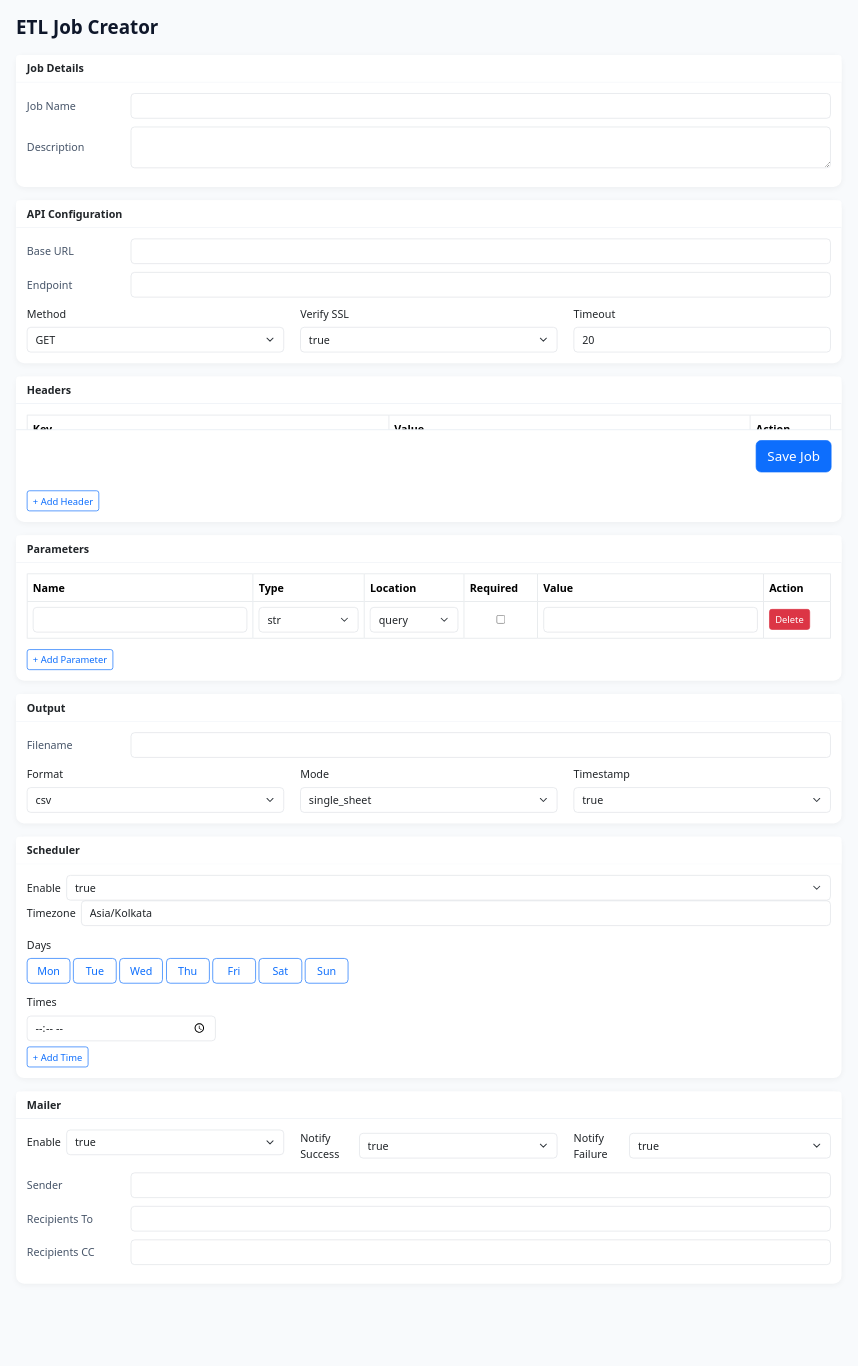
Repository: C0sCube/fetchapi
Page: example.html
These files come from the project's save history. The page is drawn as it stood at one moment and after the next save; the edit follows.
The browser window is 1280 px wide. The pictures show the whole page, at 67% of full size.

Above is the page before, as saved 2026-06-09 23:40:19.

### example.html
<!DOCTYPE html>
<html lang="en">

<head>
    <meta charset="UTF-8">
    <meta name="viewport" content="width=device-width, initial-scale=1.0">

    <title>ETL Job Creator</title>

    <link href="https://cdn.jsdelivr.net/npm/bootstrap@5.3.3/dist/css/bootstrap.min.css" rel="stylesheet">

    <style>
        body {
            background: #f8fafc;
            color: #334155;
        }

        .page-title {
            font-weight: 700;
            color: #0f172a;
        }

        .section-card {
            border: none;
            border-radius: 12px;
            margin-bottom: 20px;
            box-shadow: 0 2px 10px rgba(0, 0, 0, .05);
        }

        .card-header {
            background: white;
            font-weight: 600;
            border-bottom: 1px solid #e2e8f0;
        }

        .form-label-fixed {
            width: 140px;
            font-weight: 500;
            color: #475569;
        }

        .form-row {
            display: flex;
            align-items: center;
            gap: 15px;
            margin-bottom: 12px;
        }

        .form-row .form-control,
        .form-row .form-select {
            flex: 1;
        }

        .day-btn {
            min-width: 65px;
        }

        .table td {
            vertical-align: middle;
        }

        .save-bar {
            position: sticky;
            bottom: 0;
            background: white;
            padding: 15px;
            border-top: 1px solid #e2e8f0;
        }
    </style>
</head>

<body>

    <div class="container-fluid px-4 py-4">

        <h3 class="page-title mb-4">
            ETL Job Creator
        </h3>

        <!-- JOB DETAILS -->
        <div class="card section-card">

            <div class="card-header">
                Job Details
            </div>

            <div class="card-body">

                <div class="form-row">
                    <label class="form-label-fixed">
                        Job Name
                    </label>

                    <input class="form-control">
                </div>

                <div class="form-row">
                    <label class="form-label-fixed">
                        Description
                    </label>

                    <textarea class="form-control" rows="2"></textarea>
                </div>

            </div>
        </div>

        <!-- API CONFIG -->
        <div class="card section-card">

            <div class="card-header">
                API Configuration
            </div>

            <div class="card-body">

                <div class="form-row">
                    <label class="form-label-fixed">
                        Base URL
                    </label>

                    <input class="form-control">
                </div>

                <div class="form-row">
                    <label class="form-label-fixed">
                        Endpoint
                    </label>

                    <input class="form-control">
                </div>

                <div class="row">

                    <div class="col-md-4">

                        <label class="form-label">
                            Method
                        </label>

                        <select class="form-select">
                            <option>GET</option>
                            <option>POST</option>
                            <option>PUT</option>
                            <option>PATCH</option>
                            <option>DELETE</option>
                        </select>

                    </div>

                    <div class="col-md-4">

                        <label class="form-label">
                            Verify SSL
                        </label>

                        <select class="form-select">
                            <option>true</option>
                            <option>false</option>
                        </select>

                    </div>

                    <div class="col-md-4">

                        <label class="form-label">
                            Timeout
                        </label>

                        <input class="form-control" value="20">

                    </div>

                </div>

            </div>
        </div>

        <!-- HEADERS -->
        <div class="card section-card">

            <div class="card-header">
                Headers
            </div>

            <div class="card-body">

                <table class="table table-bordered">

                    <thead>
                        <tr>
                            <th>Key</th>
                            <th>Value</th>
                            <th width="120">Action</th>
                        </tr>
                    </thead>

                    <tbody>

                        <tr>
                            <td>
                                <input class="form-control">
                            </td>

                            <td>
                                <input class="form-control">
                            </td>

                            <td>
                                <button class="btn btn-danger btn-sm">
                                    Delete
                                </button>
                            </td>
                        </tr>

                    </tbody>

                </table>

                <button class="btn btn-outline-primary btn-sm">
                    + Add Header
                </button>

            </div>

        </div>

        <!-- PARAMETERS -->
        <div class="card section-card">

            <div class="card-header">
                Parameters
            </div>

            <div class="card-body">

                <table class="table table-bordered">

                    <thead>
                        <tr>
                            <th>Name</th>
                            <th>Type</th>
                            <th>Location</th>
                            <th>Required</th>
                            <th>Value</th>
                            <th width="100">Action</th>
                        </tr>
                    </thead>

                    <tbody>

                        <tr>

                            <td>
                                <input class="form-control">
                            </td>

                            <td>
                                <select class="form-select">
                                    <option>str</option>
                                    <option>int</option>
                                    <option>float</option>
                                    <option>bool</option>
                                    <option>date</option>
                                    <option>datetime</option>
                                    <option>list</option>
                                </select>
                            </td>

                            <td>
                                <select class="form-select">
                                    <option>query</option>
                                    <option>body</option>
                                    <option>header</option>
                                    <option>path</option>
                                </select>
                            </td>

                            <td class="text-center">
                                <input type="checkbox">
                            </td>

                            <td>
                                <input class="form-control">
                            </td>

                            <td>
                                <button class="btn btn-danger btn-sm">
                                    Delete
                                </button>
                            </td>

                        </tr>

                    </tbody>

                </table>

                <button class="btn btn-outline-primary btn-sm">
                    + Add Parameter
                </button>

            </div>

        </div>

        <!-- OUTPUT -->
        <div class="card section-card">

            <div class="card-header">
                Output
            </div>

            <div class="card-body">

                <div class="form-row">
                    <label class="form-label-fixed">
                        Filename
                    </label>

                    <input class="form-control">
                </div>

                <div class="row">

                    <div class="col-md-4">

                        <label class="form-label">
                            Format
                        </label>

                        <select class="form-select">
                            <option>csv</option>
                            <option>excel</option>
                        </select>

                    </div>

                    <div class="col-md-4">

                        <label class="form-label">
                            Mode
                        </label>

                        <select class="form-select">
                            <option>single_sheet</option>
                            <option>multiple_sheet</option>
                        </select>

                    </div>

                    <div class="col-md-4">

                        <label class="form-label">
                            Timestamp
                        </label>

                        <select class="form-select">
                            <option>true</option>
                            <option>false</option>
                        </select>

                    </div>

                </div>

            </div>

        </div>

        <!-- SCHEDULER -->
        <div class="card section-card">

            <div class="card-header">
                Scheduler
            </div>

            <div class="card-body">

                <div class="row mb-3">
                    <div class="d-flex align-items-center gap-2">
                        <label class="mb-0 fw-medium">
                            Enable
                        </label>

                        <select class="form-select">
                            <option>true</option>
                            <option>false</option>
                        </select>
                    </div>
                    <div class="d-flex align-items-center gap-2">
                        <label class="mb-0 fw-medium">
                            Timezone
                        </label>

                        <input class="form-control" value="Asia/Kolkata">
                    </div>



                </div>

                <label class="form-label">
                    Days
                </label>

                <div class="mb-3">

                    <button class="btn btn-outline-primary day-btn">Mon</button>
                    <button class="btn btn-outline-primary day-btn">Tue</button>
                    <button class="btn btn-outline-primary day-btn">Wed</button>
                    <button class="btn btn-outline-primary day-btn">Thu</button>
                    <button class="btn btn-outline-primary day-btn">Fri</button>
                    <button class="btn btn-outline-primary day-btn">Sat</button>
                    <button class="btn btn-outline-primary day-btn">Sun</button>

                </div>

                <label class="form-label">
                    Times
                </label>

                <div class="row">

                    <div class="col-md-3">
                        <input type="time" class="form-control">
                    </div>

                </div>

                <button class="btn btn-outline-primary btn-sm mt-2">
                    + Add Time
                </button>

            </div>

        </div>

        <!-- MAILER -->
        <div class="card section-card">

            <div class="card-header">
                Mailer
            </div>

            <div class="card-body">

                <div class="row mb-3">

                    <div class="col-md-4">
                        <div class="d-flex align-items-center gap-2">
                            <label class="mb-0 fw-medium">
                                Enable
                            </label>

                            <select class="form-select">
                                <option>true</option>
                                <option>false</option>
                            </select>
                        </div>
                    </div>

                    <div class="col-md-4">
                        <div class="d-flex align-items-center gap-2">
                            <label class="mb-0 fw-medium">
                                Notify Success
                            </label>

                            <select class="form-select">
                                <option>true</option>
                                <option>false</option>
                            </select>
                        </div>
                    </div>

                    <div class="col-md-4">
                        <div class="d-flex align-items-center gap-2">
                            <label class="mb-0 fw-medium">
                                Notify Failure
                            </label>

                            <select class="form-select">
                                <option>true</option>
                                <option>false</option>
                            </select>
                        </div>
                    </div>

                </div>

                <div class="form-row">
                    <label class="form-label-fixed">
                        Sender
                    </label>

                    <input class="form-control">
                </div>

                <div class="form-row">
                    <label class="form-label-fixed">
                        Recipients To
                    </label>

                    <input class="form-control">
                </div>

                <div class="form-row">
                    <label class="form-label-fixed">
                        Recipients CC
                    </label>

                    <input class="form-control">
                </div>

            </div>

        </div>

        <div class="save-bar text-end">
            <button class="btn btn-primary btn-lg">
                Save Job
            </button>
        </div>

    </div>

</body>

</html>

After the next save:
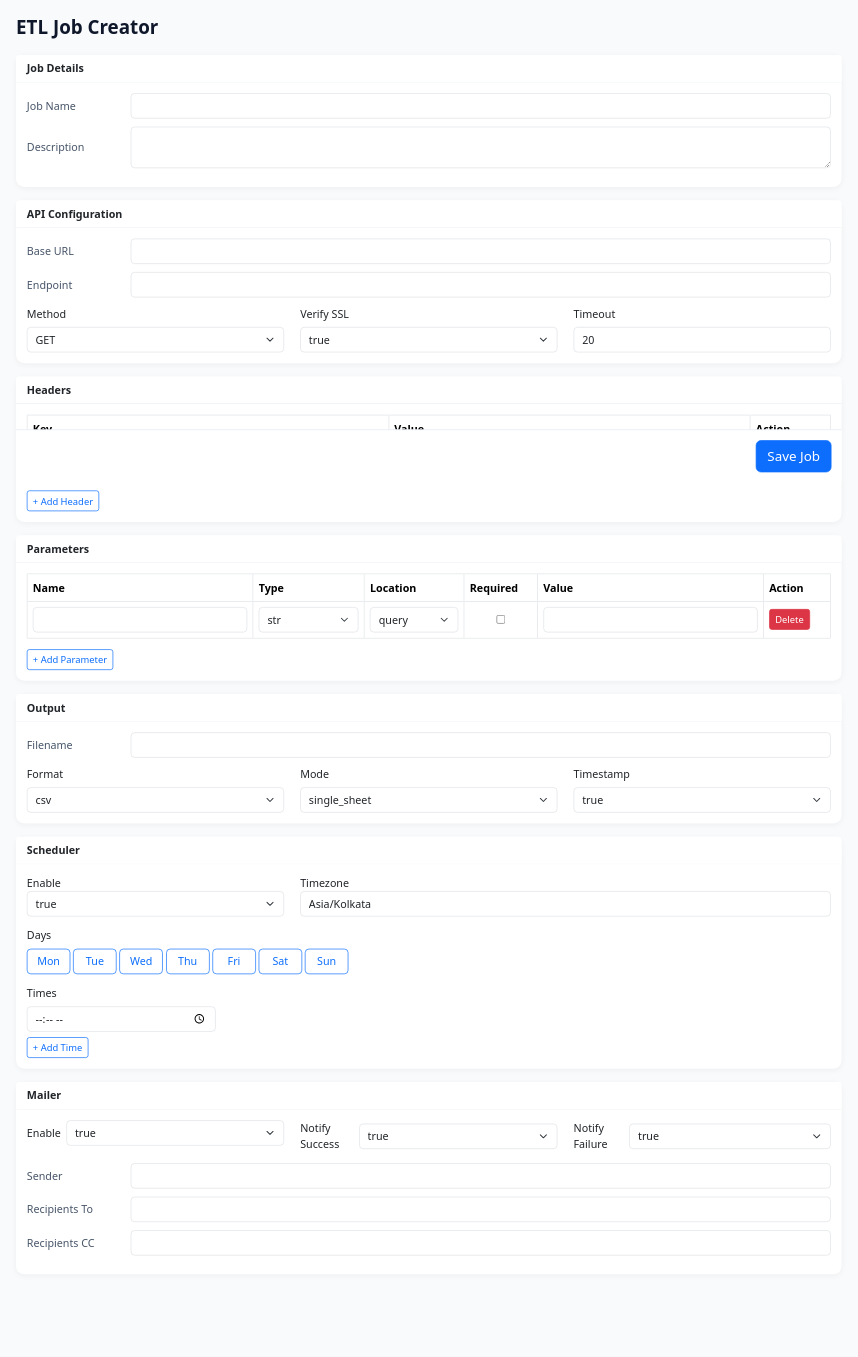
Saved 16 s later.
--- a/example.html
+++ b/example.html
@@ -378,25 +378,19 @@
             <div class="card-body">
 
                 <div class="row mb-3">
-                    <div class="d-flex align-items-center gap-2">
-                        <label class="mb-0 fw-medium">
-                            Enable
-                        </label>
-
+
+                    <div class="col-md-4">
+                        <label>Enable</label>
                         <select class="form-select">
                             <option>true</option>
                             <option>false</option>
                         </select>
                     </div>
-                    <div class="d-flex align-items-center gap-2">
-                        <label class="mb-0 fw-medium">
-                            Timezone
-                        </label>
-
+
+                    <div class="col-md-8">
+                        <label>Timezone</label>
                         <input class="form-control" value="Asia/Kolkata">
                     </div>
-
-
 
                 </div>
 
